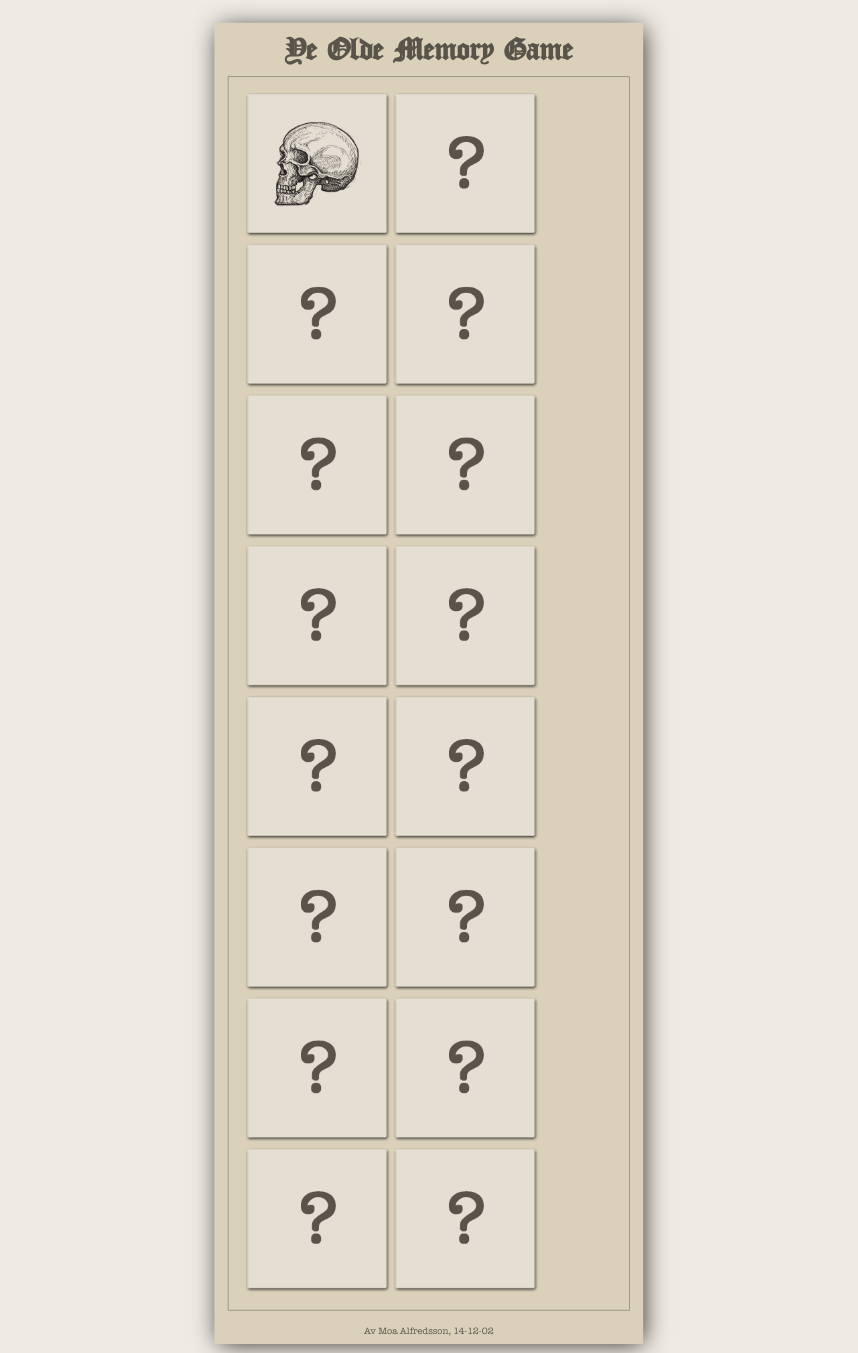
Repository: ma223md/1dv403-laborationer
Page: 3-gameon/memory/index.html
The author's editor kept a record of every edit. The page is drawn from the files as they stood at one moment, then again after the next edit.
The browser window is 1280 px wide. The pictures show the whole page, at 67% of full size.
After loading, the first visible `a.memorybrick` was clicked once.

Above is the page before.
Console error: TypeError: Cannot read properties of undefined (reading 'push')

### 3-gameon/memory/index.html
<!DOCTYPE html>
<html>
    <head>
        <meta charset="UTF-8" />
        <link rel="stylesheet" href="css/memorystyle.css" />
        <script src="js/random.js"></script>
        <script src="js/memory.js"></script>
        <title>Memory - Game on!</title>
    </head>

    <body>
        <div id="container">
            <header>
                <h1>Ye Olde Memory Game</h1>
            </header>

            <main>
                <div id="memoryboard"></div>
            </main>

            <footer>
                <p>Av Moa Alfredsson, 14-12-02</p>
            </footer>
        </div>
    </body>
</html>

### 3-gameon/memory/css/memorystyle.css
@font-face {
    font-family: headline;
    src: url(../fonts/OldLondon.ttf);
}

@font-face {
    font-family: article;
    src: url(../fonts/linowrite.ttf);
}

body
{
    background-color: #efebe4;
}

header h1 {
    text-align: center;
    padding-top: 15px;
    color: #58544A;
    font-family: headline;
    font-size: 50px;
}

#container {
    display: block;
    margin-left: auto;
    margin-right: auto;
    width: 600px;
    background-color: #dbd1ba;
    padding-left: 20px;
    padding-right: 20px;
    -webkit-box-shadow: 3px 4px 35px -4px rgba(38,35,32,1);
    -moz-box-shadow: 3px 4px 35px -4px rgba(38,35,32,1);
    box-shadow: 3px 4px 35px -4px rgba(38,35,32,1);
}

main {
    border-style: solid;
    border-width: 1px;
    border-color: #837D70;
}

#memoryboard {
    margin-left: 22px;
    margin-top: 20px;
    margin-bottom: 20px;
}

p {
    font-family: article;
    font-size: 14px;
    text-align: center;
    padding-top: 10px;
    padding-bottom: 10px;
    padding-left: 20px;
    padding-right: 20px;
    color: #58544A;
    word-wrap: break-word;
}

footer {
    font-size: 12px;
}

### 3-gameon/memory/js/random.js
var RandomGenerator = {

	/*
		Denna metod tar antalet rader och columner som inparameter.

		Metoden returnerar en array innehållandes utslumpade tal mellan 1 och (rows*cols)/2. Varje tal representeras två
		gånger och motsvarar således en spelbricka.

		I en 4*4 matris kan Arrayen t.ex. se ut så här:
		[1,2,6,8,6,2,5,3,1,3,7,5,8,4,4,7]

		I en 2*4 matris kan Arrayen t.ex. se ut så här:
		[3,4,4,1,2,1,2,3]
	*/

	getPictureArray: function(rows, cols)
	{
		var numberOfImages = rows*cols;
		var maxImageNumber = numberOfImages/2;

	   	var imgPlace = [];

	   //Utplacering av bilder i Array
	   for(var i=0; i<numberOfImages; i++)
		  imgPlace[i] = 0;

		for(var currentImageNumber=1; currentImageNumber<=maxImageNumber; currentImageNumber++)
		{
			var imageOneOK = false;
			var imageTwoOK = false;

			do
			{
				if(imageOneOK == false)
				{
					var randomOne = Math.floor( (Math.random() * (rows*cols-0) + 0) );

					if( imgPlace[randomOne] == 0 )
					{
						imgPlace[randomOne] = currentImageNumber;
						imageOneOK = true;
					}
				}

				if(imageTwoOK == false)
				{
					var randomTwo = Math.floor( (Math.random() * (rows*cols-0) + 0) );

					if( imgPlace[randomTwo] == 0 )
					{
						imgPlace[randomTwo] = currentImageNumber;
						imageTwoOK = true;
					}
				}
			}
			while(imageOneOK == false || imageTwoOK == false);
		}

		return imgPlace;
	}
}

### 3-gameon/memory/js/memory.js
"use strict"

var Memory = {
    // define variables
  	memoryBricks: [],
    //turnedBricks: [],
    pairedBricks: new Array(),
    lastBrick: undefined,
    isTurning: false,
    counter: 0,

    init: function(){
        Memory.memoryBricks = RandomGenerator.getPictureArray(4,4);

        // Create memory bricks
        for (var i = 0; i < Memory.memoryBricks.length; i++){
            newBrick(i);
        }

        function newBrick(i){
             // create new link and image
            var div = document.getElementById("memoryboard"),
            link = document.createElement("a"),
            image = document.createElement("img");

            link.setAttribute("class", "memorybrick");
            link.setAttribute("href", "#");
            image.setAttribute('src', 'pics/0.png');
            image.setAttribute("id", i);

            div.appendChild(link);
            link.appendChild(image);

            // onclick function goes here
            link.onclick = function(){
                turnBrick(i);
                return false;
            };
        }

        // function contains(a, obj) {
        //     for (var i = 0; i < a.length; i++) {
        //         if (a[i] === obj) {
        //             return true;
        //         }
        //     }
        //     return false;
        // }

        //function for turning bricks
        function turnBrick(brickID){
            // if(contains(Memory.pairedBricks, brickID) || Memory.isTurning === true) {
            // 	// Do nothing
            // }

            // turn chosen brick, assign image
            var currentBrickImage = document.getElementById(brickID);
            var lastBrickImage = document.getElementById(Memory.lastBrick);
            currentBrickImage.setAttribute("src", "pics/" + Memory.memoryBricks[brickID] + ".png");

            if(Memory.lastBrick === undefined) {
            	Memory.lastBrick = brickID;
            	//add last brick to array
            	Memory.turnedBricks.push(Memory.lastBrick);
            } else if (Memory.memoryBricks[Memory.lastBrick] === Memory.memoryBricks[brickID]) {
            	// matched a pair
                Memory.lastBrick = undefined;
                // add pair to array
                Memory.pairedBricks.push(brickID);
                Memory.pairedBricks.push(Memory.lastBrick);
                Memory.turnedBricks.push(Memory.lastBrick);
                Memory.counter++;

            } else {
             	// doesn't match, turn back bricks
              	Memory.isTurning = true;
                setTimeout(function(){
                  	Memory.isTurning = false;
                    currentBrickImage.setAttribute("src", "pics/0.png");
                    lastBrickImage.setAttribute("src", "pics/0.png");
                }, 1000);

                Memory.lastBrick = undefined;
                Memory.counter++;
            }



            if (Memory.pairedBricks.length === 16){
                alert("Congratulations! You won with " + Memory.counter + " guesses!");
            }
        }

    }
};

window.onload = Memory.init;  //init run when site is loaded

After the next edit:
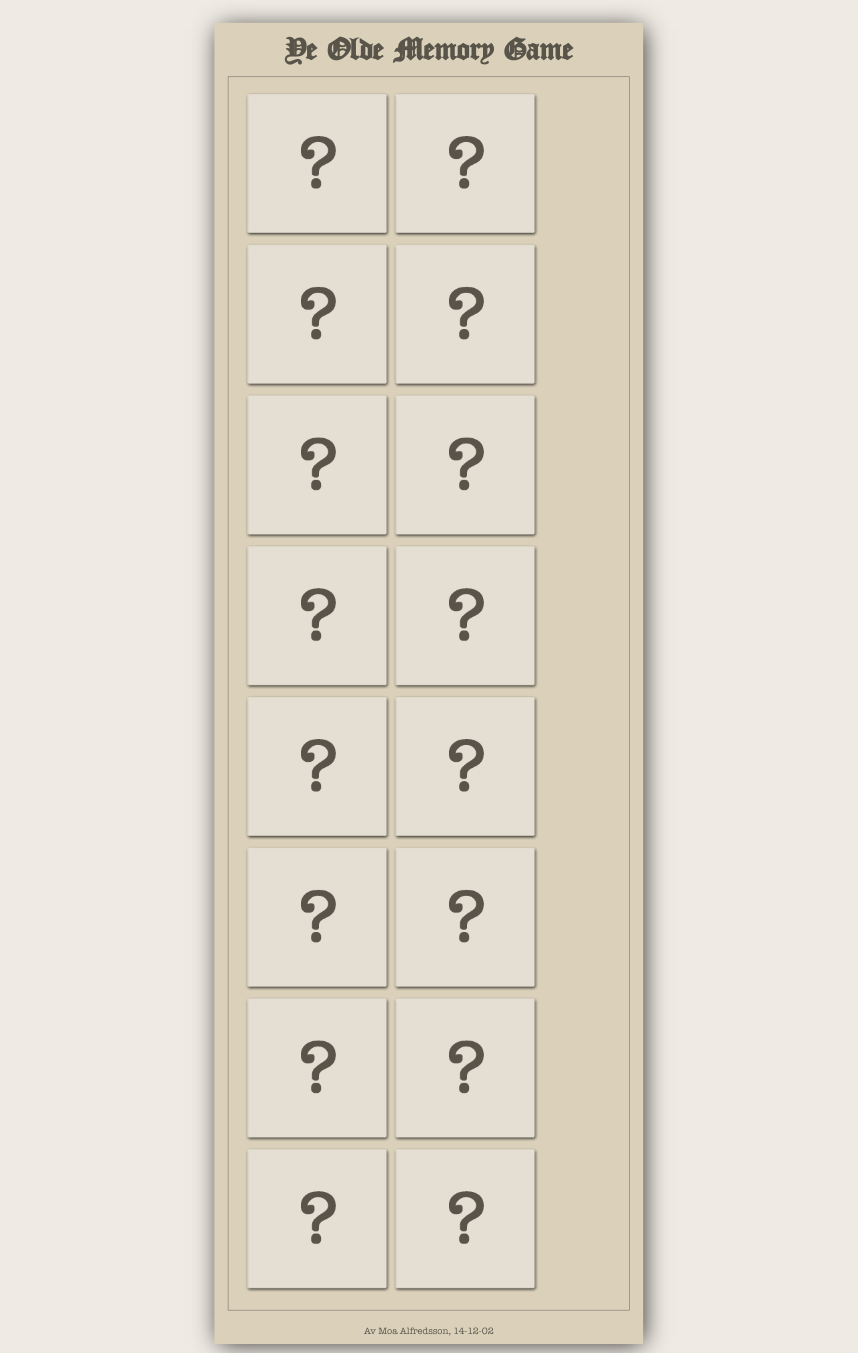
Console error: TypeError: Cannot read properties of undefined (reading 'length')
The edit:
--- a/3-gameon/memory/js/memory.js
+++ b/3-gameon/memory/js/memory.js
@@ -52,6 +52,10 @@
             // if(contains(Memory.pairedBricks, brickID) || Memory.isTurning === true) {
             // 	// Do nothing
             // }
+            if (Memory.turnedBricks.length >= 2){
+                // stop from turning more bricks
+
+            }
 
             // turn chosen brick, assign image
             var currentBrickImage = document.getElementById(brickID);

After the 4 edits that followed:
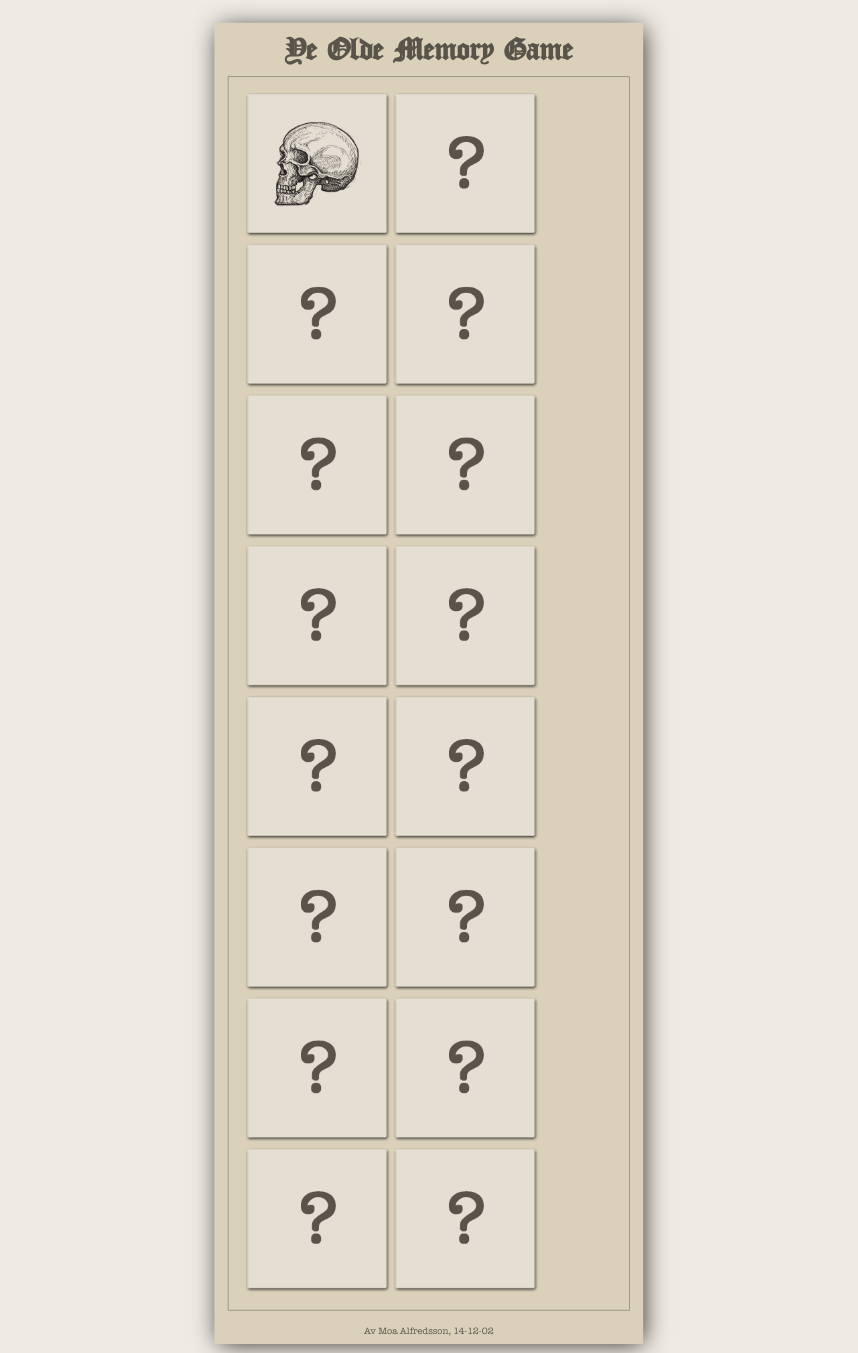
The error is gone.
The 4 edits are shown as one change because 3 left the picture as it was.
The edit:
--- a/3-gameon/memory/js/memory.js
+++ b/3-gameon/memory/js/memory.js
@@ -38,23 +38,19 @@
             };
         }
 
-        // function contains(a, obj) {
-        //     for (var i = 0; i < a.length; i++) {
-        //         if (a[i] === obj) {
-        //             return true;
-        //         }
-        //     }
-        //     return false;
-        // }
+        function contains(a, obj) {
+            for (var i = 0; i < a.length; i++) {
+                if (a[i] === obj) {
+                    return true;
+                }
+            }
+            return false;
+        }
 
         //function for turning bricks
         function turnBrick(brickID){
-            // if(contains(Memory.pairedBricks, brickID) || Memory.isTurning === true) {
-            // 	// Do nothing
-            // }
-            if (Memory.turnedBricks.length >= 2){
-                // stop from turning more bricks
-
+            if(contains(Memory.pairedBricks, brickID) || Memory.isTurning === true) {
+            	return;
             }
 
             // turn chosen brick, assign image
@@ -65,14 +61,14 @@
             if(Memory.lastBrick === undefined) {
             	Memory.lastBrick = brickID;
             	//add last brick to array
-            	Memory.turnedBricks.push(Memory.lastBrick);
+            	//Memory.turnedBricks.push(Memory.lastBrick);
             } else if (Memory.memoryBricks[Memory.lastBrick] === Memory.memoryBricks[brickID]) {
             	// matched a pair
                 Memory.lastBrick = undefined;
                 // add pair to array
                 Memory.pairedBricks.push(brickID);
                 Memory.pairedBricks.push(Memory.lastBrick);
-                Memory.turnedBricks.push(Memory.lastBrick);
+                //Memory.turnedBricks.push(Memory.lastBrick);
                 Memory.counter++;
 
             } else {
@@ -88,10 +84,14 @@
                 Memory.counter++;
             }
 
-
+            /*
+            if (Memory.turnedBricks.length >= 2){
+                // stop from turning more bricks
+            }
+            */
 
             if (Memory.pairedBricks.length === 16){
-                alert("Congratulations! You won with " + Memory.counter + " guesses!");
+                alert("Congratulations! You won with" + Memory.counter + " guesses!");
             }
         }
 
